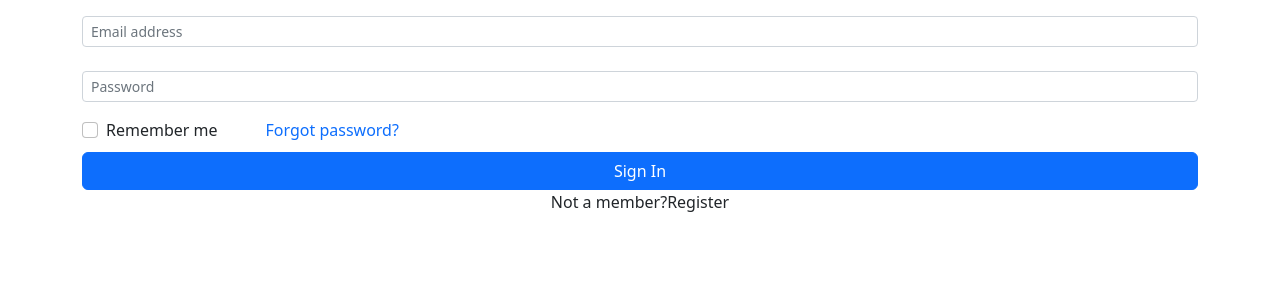
Repository: NPhanA/React2022
Page: / (app in Day 03-React/exercise/)
An editor plug-in stored every save of this project. The page is shown before and after the next save, followed by the edit.
The browser window is 1280 px wide. The pictures show the whole page.
The project was rebuilt for these pictures with package versions that can differ from the ones it lists, and the page was loaded fresh each time. Also part of the build but not shown: Day 03-React/exercise/src/App.css, Day 03-React/exercise/src/App.js, Day 03-React/exercise/src/Components/UserAgent.js, Day 03-React/exercise/src/Components/ProfileCard.js.

Above is the page before, as saved 2022-07-26 22:28:46.

After the next save:
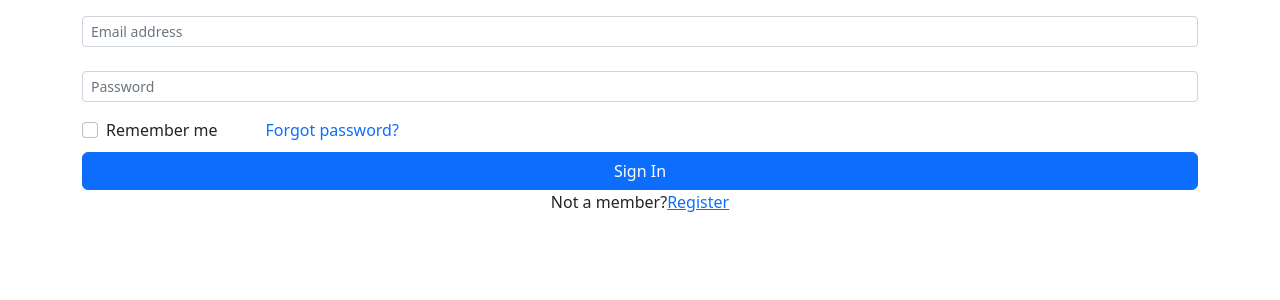
Saved 31 s later.
--- a/Day 03-React/exercise/src/Components/SignInForm.js
+++ b/Day 03-React/exercise/src/Components/SignInForm.js
@@ -18,7 +18,7 @@ function SignInForm() {
                     <div class="d-grid gap-2">
                         <button class="btn btn-primary mt-2" type="button">Sign In</button>
                     </div>
-                    <p className="text-center">Not a member?<a>Register</a></p>
+                    <p className="text-center">Not a member?<a href="#" >Register</a></p>
                 </form>
                 </div>
             </div>
